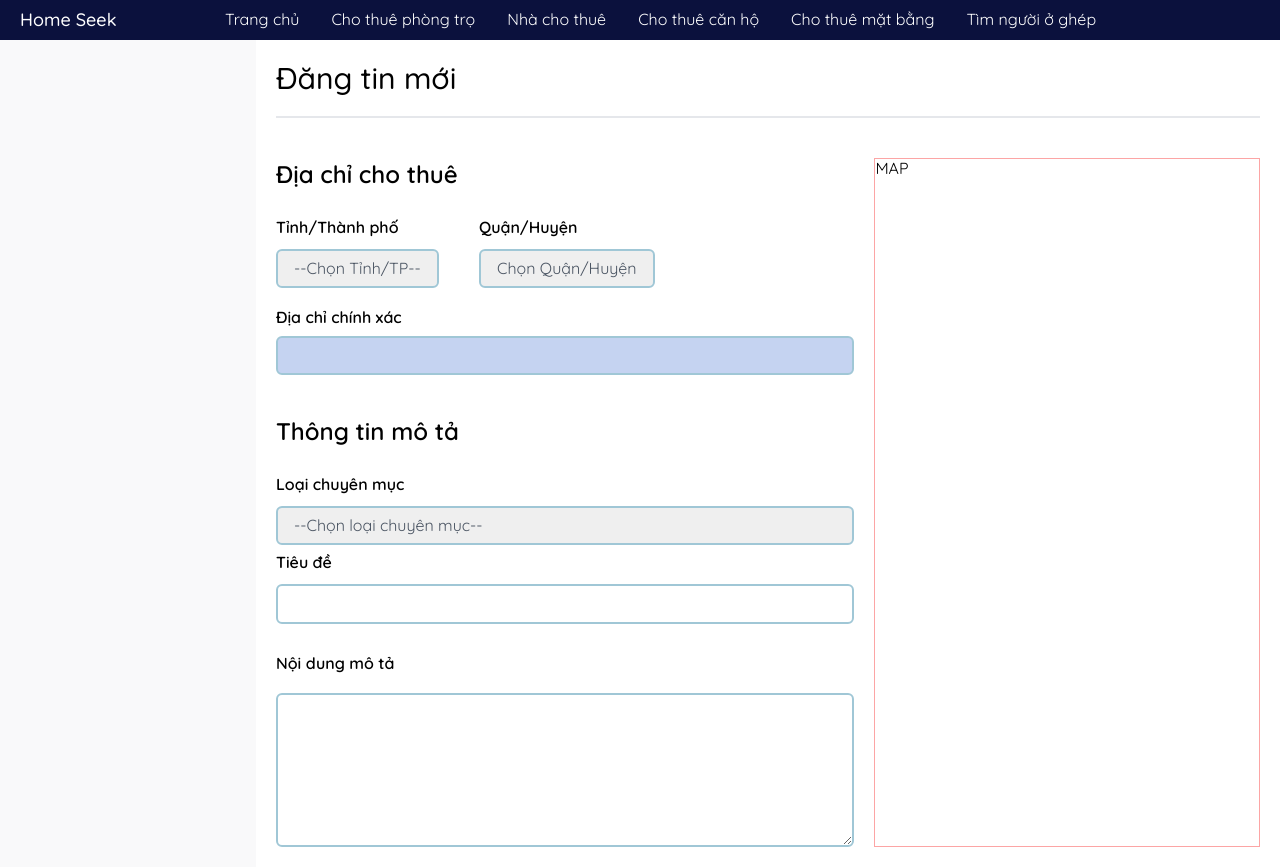
Repository: ajincome26/homeseek
Page: /create (app in client/)
The author's editor kept a copy of each file at every save. The page is drawn from the files as they stood at one save, then again after the next save.
The browser window is 1280 px wide. The pictures show the whole page.
The page's requests for data from a server got no answer. The project was rebuilt for these pictures with package versions that can differ from the ones it lists, and the page was loaded fresh each time. Some packages were replaced by stand-ins written for this rebuild. No one was signed in, and anything a server would have sent is missing. Also part of the build but not shown: client/vite.config.ts, client/src/components/Footer/Footer.tsx, client/src/components/Button/Button.tsx, client/src/components/Button/index.ts, client/src/utils/utils.tsx, client/src/components/MainHeader/components/User.tsx, client/src/components/Popover/Popover.tsx, client/src/components/Popover/index.ts and 16 more.

Above is the page before, as saved 2024-01-10 05:20:44.

### client/index.html
<!doctype html>
<html lang="en">
  <head>
    <meta charset="UTF-8" />
    <link rel="icon" type="image/svg+xml" href="/vite.svg" />
    <meta name="viewport" content="width=device-width, initial-scale=1.0" />
    <title>Home Seek</title>
    <link rel="preconnect" href="https://fonts.googleapis.com" />
    <link rel="preconnect" href="https://fonts.gstatic.com" crossorigin />
    <link
      href="https://fonts.googleapis.com/css2?family=Quicksand:wght@300;400;500;600;700&display=swap"
      rel="stylesheet"
    />
  </head>
  <body>
    <div id="root"></div>
    <script type="module" src="/src/main.tsx"></script>
  </body>
</html>

### client/src/main.tsx
import ReactDOM from 'react-dom/client'
import App from './App'
import './styles/index.scss'
import { BrowserRouter } from 'react-router-dom'
import { QueryClient, QueryClientProvider } from '@tanstack/react-query'
import { ReactQueryDevtools } from '@tanstack/react-query-devtools'
import { AuthProvider } from './contexts/auth.context'
import { ErrorBoundary } from './components/ErrorBoundary'

// Create a client
const queryClient = new QueryClient({
  defaultOptions: {
    queries: {
      refetchOnWindowFocus: false // disable việc fetch lại api khi focus tab window
    }
  }
})

ReactDOM.createRoot(document.getElementById('root')!).render(
  <BrowserRouter>
    <QueryClientProvider client={queryClient}>
      <AuthProvider>
        <ErrorBoundary>
          <App />
        </ErrorBoundary>
      </AuthProvider>
      <ReactQueryDevtools initialIsOpen={false} />
    </QueryClientProvider>
  </BrowserRouter>
)

### client/src/App.tsx
import { useEffect } from 'react'
import { useAuth } from './contexts/auth.context'
import useRoute from './useRoute'
import { LocalStorageEventTarget } from './utils/auth'
import { ToastContainer } from 'react-toastify'
import 'react-toastify/dist/ReactToastify.css'

function App() {
  const routeElements = useRoute()
  const { resetAuth } = useAuth()
  useEffect(() => {
    LocalStorageEventTarget.addEventListener('clearLS', () => {
      resetAuth()
    })
    return () => {
      LocalStorageEventTarget.removeEventListener('clearLS', () => {
        resetAuth()
      })
    }
  }, [resetAuth])
  return (
    <div className='bg-third'>
      <ToastContainer />
      <div>{routeElements}</div>
    </div>
  )
}

export default App

### client/src/styles/index.scss
@tailwind base;
@tailwind components;
@tailwind utilities;

@import 'reset';

body {
  font-family: 'Quicksand', sans-serif;
  font-size: 16px;
  line-height: 1.2;
}

select {
  -webkit-appearance: none;
  -moz-appearance: none;
  appearance: none;
}

::-webkit-scrollbar {
  width: 10px;
}
::-webkit-scrollbar-track {
  background-color: #fafafa;
}
::-webkit-scrollbar-thumb {
  background-color: #ccd0d7;
  border-radius: 50px;
}

/* Chrome, Safari, Edge, Opera */
input::-webkit-outer-spin-button,
input::-webkit-inner-spin-button {
  -webkit-appearance: none;
  margin: 0;
}
/* Firefox */
input[type='number'] {
  appearance: textfield;
}

.cr-truncate-1 {
  overflow: hidden;
  display: -webkit-box;
  -webkit-box-orient: vertical;
  -webkit-line-clamp: 1;
  text-overflow: ellipsis;
  word-break: break-word;
}

// class tailwind-sort
.cr-transition {
  @apply transition-all ease-linear duration-200;
}
.cr-hover-text {
  @apply hover:text-[#977616] transition-colors ease-linear duration-200 cursor-pointer;
}
.cr-input-text {
  @apply px-3 py-2 border-[2px] border-[#a0c7d6] outline-none rounded-md focus:border-[#4b5fc2] cr-transition box-border w-full;
}

### client/src/contexts/auth.context.tsx
import React, { createContext, useContext, useState } from 'react'
import { User } from '~/types/user.type'
import { getAccessToken, getUserInfoFromStorage } from '~/utils/auth'

interface AuthProviderType {
  isLoggedIn: boolean
  setIsLoggedIn: React.Dispatch<React.SetStateAction<boolean>>
  userInfo: User | null
  setUserInfo: React.Dispatch<React.SetStateAction<User | null>>
  resetAuth: () => void
}
const initialContext: AuthProviderType = {
  isLoggedIn: Boolean(getAccessToken()),
  setIsLoggedIn: () => null,
  userInfo: getUserInfoFromStorage(),
  setUserInfo: () => null,
  resetAuth: () => null
}

const AuthContext = createContext<AuthProviderType>(initialContext)
const useAuth = () => {
  const context = useContext(AuthContext)
  if (typeof context === 'undefined') throw new Error('useAuth must be used within a AuthContext')
  return context
}
const AuthProvider = ({ children }: { children: React.ReactNode }) => {
  const [isLoggedIn, setIsLoggedIn] = useState(initialContext.isLoggedIn)
  const [userInfo, setUserInfo] = useState(initialContext.userInfo)
  const resetAuth = () => {
    setIsLoggedIn(false)
    setUserInfo(null)
  }
  return (
    <AuthContext.Provider value={{ isLoggedIn, setIsLoggedIn, userInfo, setUserInfo, resetAuth }}>
      {children}
    </AuthContext.Provider>
  )
}

// eslint-disable-next-line react-refresh/only-export-components
export { useAuth, AuthProvider }

### client/src/components/ErrorBoundary/index.ts
export { default as ErrorBoundary } from './ErrorBoundary'

### client/src/useRoute.tsx
import { useRoutes } from 'react-router-dom'
import { path } from './constants/path'
import { MainLayout } from './layouts/MainLayout'
import ManageLayout from './layouts/ManageLayout/ManageLayout'
import { CreatePost } from './pages/CreatePostPage'
import { HomePage } from './pages/HomePage'
import { LoginPage } from './pages/LoginPage'
import { RegisterPage } from './pages/RegisterPage'

const { HOME, LOGIN, REGISTER, OAUTH, CREATE } = path

const useRoute = () => {
  return useRoutes([
    {
      path: LOGIN,
      element: <LoginPage />
    },
    {
      path: REGISTER,
      element: <RegisterPage />
    },
    {
      path: OAUTH,
      element: <LoginPage />
    },
    {
      path: OAUTH,
      element: <RegisterPage />
    },
    // Authen không ảnh hưởng
    {
      element: <ManageLayout />,
      children: [
        {
          index: true,
          path: CREATE,
          element: <CreatePost />
        }
      ]
    },
    {
      element: <MainLayout />,
      children: [
        {
          index: true,
          path: HOME,
          element: <HomePage />
        }
      ]
    }
  ])
}

export default useRoute

### client/src/utils/auth.ts
import { User } from '~/types/user.type'

export const LocalStorageEventTarget = new EventTarget()

export const getAccessToken = () => localStorage.getItem('accessToken') || ''
export const getRefreshToken = () => localStorage.getItem('refreshToken') || ''
export const setAccessToken = (accessToken: string) => localStorage.setItem('accessToken', accessToken)
export const setRefreshToken = (refreshToken: string) => localStorage.setItem('refreshToken', refreshToken)
export const getUserInfoFromStorage = () => {
  const info = localStorage.getItem('userInfo')
  return info ? JSON.parse(info) : null
}
export const setUserInfoToStorage = (userInfo: User) => localStorage.setItem('userInfo', JSON.stringify(userInfo))

export const clearLocalStorage = () => {
  localStorage.removeItem('accessToken')
  localStorage.removeItem('refreshToken')
  localStorage.removeItem('userInfo')
  const clearLSEvent = new Event('clearLS')
  LocalStorageEventTarget.dispatchEvent(clearLSEvent)
}

### client/src/styles/_reset.scss
*,
*::before,
*::after {
  box-sizing: border-box;
}
* {
  margin: 0;
  padding: 0;
}

html,
body {
  height: 100%;
}
body {
  line-height: 1.5;
  -webkit-font-smoothing: antialiased;
  -webkit-tap-highlight-color: rgba(0, 0, 0, 0);
}
a {
  text-decoration: none;
  color: inherit;
}
img,
picture,
video,
canvas,
svg {
  display: block;
  // max-width: 100%;
}
input,
button,
textarea,
select {
  font: inherit;
  outline: none;
}
option:checked {
  background-color: #0891b2;
  color: white;
  font-style: italic;
}
p,
h1,
h2,
h3,
h4,
h5,
h6 {
  overflow-wrap: break-word;
}

### client/src/constants/path.ts
export const path = {
  HOME: '/',
  LOGIN: '/login',
  OAUTH: '/login/oauth',
  REGISTER: '/register',
  LOGOUT: '/logout',

  ROOM_FOR_RENT: '/room-for-rent',
  HOUSE_FOR_RENT: '/house-for-rent',
  APARTMENT_FOR_RENT: '/apartment-for-rent',
  GROUND_FOR_RENT: '/ground-for-rent',
  FIND_A_ROOMATE: '/find-a-roomate',

  CREATE: '/create',
  MANAGE: '/manage',
  PROFILE: '/user/profile',
  CHANGE_PASSWORD: '/user/change-password',

  CONTACT: '/contact',

  NOT_FOUND: '*'
}

### client/src/layouts/MainLayout/index.ts
export { default as MainLayout } from './MainLayout'

### client/src/layouts/ManageLayout/ManageLayout.tsx
import { Outlet } from 'react-router-dom'
import { Sidebar } from '~/components/Sidebar'
import { SubHeader } from '~/components/SubHeader'

const ManageLayout = () => {
  return (
    <>
      <SubHeader />
      <div className='pt-[40px] flex'>
        <div className='min-h-[calc(100vh-40px)] basis-1/5'>
          <Sidebar />
        </div>
        <div className='bg-white basis-4/5'>
          <Outlet />
        </div>
      </div>
    </>
  )
}

export default ManageLayout

### client/src/pages/CreatePostPage/index.ts
export { default as CreatePost } from './CreatePost'

### client/src/pages/HomePage/index.ts
export { default as HomePage } from './HomePage'

### client/src/pages/LoginPage/index.ts
export { default as LoginPage } from './LoginPage'

### client/src/pages/RegisterPage/index.ts
export { default as RegisterPage } from './RegisterPage'

### client/src/components/Sidebar/index.ts
export { default as Sidebar } from './Sidebar'

### client/src/components/SubHeader/index.ts
export { default as SubHeader } from './SubHeader'

### client/src/pages/CreatePostPage/CreatePost.tsx
import { yupResolver } from '@hookform/resolvers/yup'
import { useForm } from 'react-hook-form'
import { postSchema, PostSchema } from '~/utils/schema'
import Address from './components/Address'
import Overview from './components/Overview'

export type FormPost = PostSchema

const CreatePost = () => {
  const { handleSubmit } = useForm<FormPost>({
    resolver: yupResolver(postSchema)
  })
  const handleCreatePost = (data: FormPost) => {}
  return (
    <div className='p-5 text-black'>
      <h2 className='w-full pb-5 text-3xl font-medium border-b-2'>Đăng tin mới</h2>
      <div className='flex gap-5 mt-10'>
        <form onSubmit={handleSubmit(handleCreatePost)} className='flex flex-col gap-10 basis-[60%]'>
          <Address />
          <Overview />
        </form>
        <div className='border border-red-300 map basis-[40%]'>MAP</div>
      </div>
    </div>
  )
}

export default CreatePost

### client/src/components/SubHeader/SubHeader.tsx
import { Link } from 'react-router-dom'
import { SubNavigation } from '../SubNavigation'

const SubHeader = () => {
  return (
    <div className='fixed w-full h-[40px] bg-primary text-white flex items-center gap-12 px-5'>
      <Link to={'/'} className='text-lg font-medium cursor-pointer hover:text-sixth cr-transition'>
        Home Seek
      </Link>
      <div className='w-[80%]'>
        <SubNavigation />
      </div>
    </div>
  )
}

export default SubHeader

### client/src/components/Field/index.ts
export { default as Field } from './Field'

### client/src/components/Input/index.ts
export { default as Input } from './Input'
export { default as InputPassword } from './InputPassword'
export { default as InputSearch } from './InputSearch'
export { default as InputNumber } from './InputNumber'
export { default as InputFile } from './InputFile'
export { default as InputReadOnly } from './InputReadOnly'

### client/src/components/Label/index.ts
export { default as Label } from './Label'

### client/src/utils/icons.ts
import { BiSolidShoppingBags, BiLogoFacebookCircle, BiPlus } from 'react-icons/bi'
import {
  AiFillInstagram,
  AiFillTwitterCircle,
  AiOutlineEye,
  AiOutlineEyeInvisible,
  AiOutlineShoppingCart,
  AiFillStar,
  AiOutlineStar,
  AiFillCaretRight,
  AiOutlineQuestionCircle,
  AiFillHeart,
  AiOutlineHeart,
  AiOutlinePlusCircle
} from 'react-icons/ai'
import { TbWorld, TbUserCircle, TbBrandMessenger } from 'react-icons/tb'
import { PiCaretDownBold, PiCaretUpBold, PiCaretLeftBold, PiCaretRightBold } from 'react-icons/pi'
import { HiOutlineSearch, HiOutlineLogout } from 'react-icons/hi'
import { BsListUl, BsThreeDots, BsShieldLock, BsPencilSquare } from 'react-icons/bs'
import { LiaFilterSolid } from 'react-icons/lia'
import { RiSubtractLine, RiTodoLine } from 'react-icons/ri'
import { FaCartPlus } from 'react-icons/fa'
import { CiEdit } from 'react-icons/ci'
import { FaRegUser, FaUserEdit } from 'react-icons/fa'
import { SiSensu } from 'react-icons/si'
import { FcGoogle } from 'react-icons/fc'
import { MdOutlineDashboard, MdOutlineLibraryBooks } from 'react-icons/md'

export default {
  AiFillInstagram,
  AiFillTwitterCircle,
  AiOutlineEye,
  AiOutlineEyeInvisible,
  AiOutlineShoppingCart,
  AiFillStar,
  AiOutlineStar,
  AiFillCaretRight,
  AiOutlineQuestionCircle,
  AiFillHeart,
  AiOutlineHeart,
  AiOutlinePlusCircle,
  BiSolidShoppingBags,
  BiLogoFacebookCircle,
  PiCaretDownBold,
  PiCaretUpBold,
  PiCaretLeftBold,
  PiCaretRightBold,
  TbWorld,
  TbUserCircle,
  TbBrandMessenger,
  HiOutlineSearch,
  HiOutlineLogout,
  BsListUl,
  BsThreeDots,
  BsShieldLock,
  BsPencilSquare,
  LiaFilterSolid,
  BiPlus,
  RiSubtractLine,
  RiTodoLine,
  FaCartPlus,
  FaUserEdit,
  CiEdit,
  FaRegUser,
  SiSensu,
  FcGoogle,
  MdOutlineDashboard,
  MdOutlineLibraryBooks
}

### client/src/constants/data.tsx
import { path } from './path'
import icons from '~/utils/icons'
import { CategoryType } from '~/types/category.type'

const { BsPencilSquare, MdOutlineLibraryBooks, TbUserCircle, FaUserEdit, TbBrandMessenger } = icons

const {
  ROOM_FOR_RENT,
  HOUSE_FOR_RENT,
  APARTMENT_FOR_RENT,
  GROUND_FOR_RENT,
  FIND_A_ROOMATE,
  CREATE,
  MANAGE,
  PROFILE,
  CONTACT
} = path

export const categories = [
  { id: 1, name: 'Cho thuê phòng trọ', path: ROOM_FOR_RENT },
  { id: 2, name: 'Nhà cho thuê', path: HOUSE_FOR_RENT },
  { id: 3, name: 'Cho thuê căn hộ', path: APARTMENT_FOR_RENT },
  { id: 4, name: 'Cho thuê mặt bằng', path: GROUND_FOR_RENT },
  { id: 5, name: 'Tìm người ở ghép', path: FIND_A_ROOMATE }
] as CategoryType[]

export const dataManage = [
  {
    id: 1,
    text: 'Đăng tin cho thuê',
    path: CREATE,
    icon: <BsPencilSquare />
  },
  {
    id: 2,
    text: 'Quản lý tin đăng',
    path: MANAGE,
    icon: <MdOutlineLibraryBooks />
  },
  {
    id: 3,
    text: 'Thông tin tài khoản',
    path: PROFILE,
    icon: <TbUserCircle />
  }
]

export const dataSidebar = [
  {
    id: 1,
    text: 'Đăng tin cho thuê',
    path: CREATE,
    icon: <BsPencilSquare />
  },
  {
    id: 2,
    text: 'Quản lý tin đăng',
    path: MANAGE,
    icon: <MdOutlineLibraryBooks />
  },
  {
    id: 3,
    text: 'Sửa thông tin cá nhân',
    path: PROFILE,
    icon: <FaUserEdit />
  },
  {
    id: 4,
    text: 'Liên hệ',
    path: CONTACT,
    icon: <TbBrandMessenger />
  }
]

### client/src/components/SubNavigation/index.ts
export { default as SubNavigation } from './SubNavigation'

### client/src/apis/province.api.ts
import { Province } from '~/types/province.type'
import { apiGetPublicProvinces } from '~/utils/utils'

const provinceApi = {
  getProvinces: () => apiGetPublicProvinces.get<Province[]>('/')
}

export default provinceApi

### client/src/components/Select/index.ts
export { default as Select } from './Select'

### client/src/components/Field/Field.tsx
interface Props {
  children: JSX.Element | JSX.Element[]
}

const Field = ({ children }: Props) => {
  return <div className='flex flex-col items-start'>{children}</div>
}

export default Field

### client/src/components/Input/Input.tsx
import { InputHTMLAttributes } from 'react'
import type { FieldValues, FieldPath, UseFormRegister } from 'react-hook-form'

export interface InputProps<TFieldValues extends FieldValues> extends InputHTMLAttributes<HTMLInputElement> {
  name: FieldPath<TFieldValues>
  errorMessage?: string
  register: UseFormRegister<TFieldValues>
}

const Input = <TFieldValues extends FieldValues = FieldValues>({
  className,
  type,
  name,
  children,
  errorMessage,
  register,
  ...props
}: InputProps<TFieldValues>) => {
  return (
    <div className='relative w-full'>
      <input
        id={name}
        type={type || 'text'}
        {...register(name)}
        {...props}
        className={`mb-[6px] border rounded-lg py-3 bg-grayField hover:border-primary focus:border-primary transition w-full focus:bg-white ${
          children ? 'pl-4 pr-10' : 'px-4'
        } ${className}`}
        autoComplete='on'
      />
      <span className='absolute top-1/2 right-3 translate-y-[-110%] cursor-pointer text-grayDark'>{children}</span>
      <div className='text-sm text-red-500 min-h-[1rem] leading-4'>{errorMessage}</div>
    </div>
  )
}

export default Input

### client/src/components/Input/InputReadOnly.tsx
import { InputHTMLAttributes } from 'react'

export interface InputProps extends InputHTMLAttributes<HTMLInputElement> {
  title: string
  data: string
}

const InputReadOnly = ({ title, data }: InputProps) => {
  return (
    <div className='w-full'>
      <label className='font-semibold' htmlFor={title}>
        {title}
      </label>
      <input type='text' id={title} value={data || ''} className='mt-2 cr-input-text bg-[#c5d3f1]' readOnly />
    </div>
  )
}

export default InputReadOnly

### client/src/components/Label/Label.tsx
interface Props {
  htmlFor: string
  children: string
  textColor?: string
}

const Label = ({ htmlFor, children, textColor }: Props) => {
  return (
    <label className={`${textColor || 'text-white'} mt-2 mb-3 font-semibold cursor-pointer`} htmlFor={htmlFor}>
      {children}
    </label>
  )
}

export default Label

### client/src/components/SubNavigation/SubNavigation.tsx
import { NavLink } from 'react-router-dom'
import { categories } from '~/constants/data'

const notActive = 'hover:bg-secondary px-4 h-full flex items-center bg-primary transition-all ease-linear duration-300'
const active = 'hover:bg-secondary px-4 h-full flex items-center bg-secondary'
const SubNavigation = () => {
  return (
    <div className='w-full h-[40px] flex justify-center items-center'>
      <div className='flex items-center h-full'>
        <NavLink to={'/'} className={({ isActive }) => (isActive ? active : notActive)}>
          Trang chủ
        </NavLink>
        {categories?.length > 0 &&
          categories.map((item, index) => {
            return (
              <div key={index} className='h-full'>
                <NavLink to={item.path} className={({ isActive }) => (isActive ? active : notActive)}>
                  {item.name}
                </NavLink>
              </div>
            )
          })}
      </div>
    </div>
  )
}

export default SubNavigation

Loaded but not shown: client/tailwind.config.js (37 lines, source omitted); client/src/utils/schema.ts (64 lines, source omitted); client/src/pages/CreatePostPage/components/Address.tsx (77 lines, source omitted); client/src/pages/CreatePostPage/components/Overview.tsx (66 lines, source omitted); client/src/components/Select/Select.tsx (49 lines, source omitted)

After the next save:
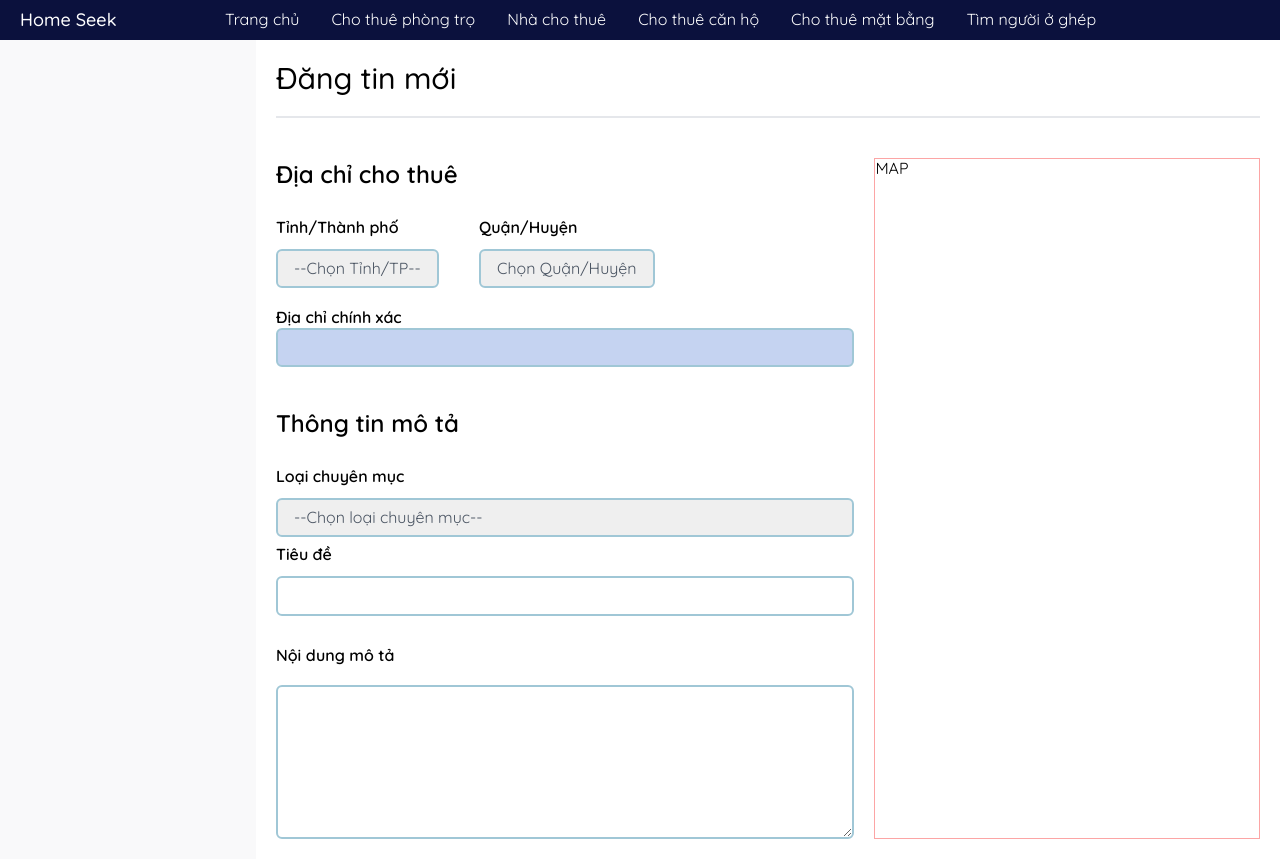
Saved 59 s later.
--- a/client/src/components/Input/InputReadOnly.tsx
+++ b/client/src/components/Input/InputReadOnly.tsx
@@ -11,7 +11,7 @@
       <label className='font-semibold' htmlFor={title}>
         {title}
       </label>
-      <input type='text' id={title} value={data || ''} className='mt-2 cr-input-text bg-[#c5d3f1]' readOnly />
+      <input type='text' id={title} value={data || ''} className='cr-input-text bg-[#c5d3f1]' readOnly />
     </div>
   )
 }

After the save that followed:
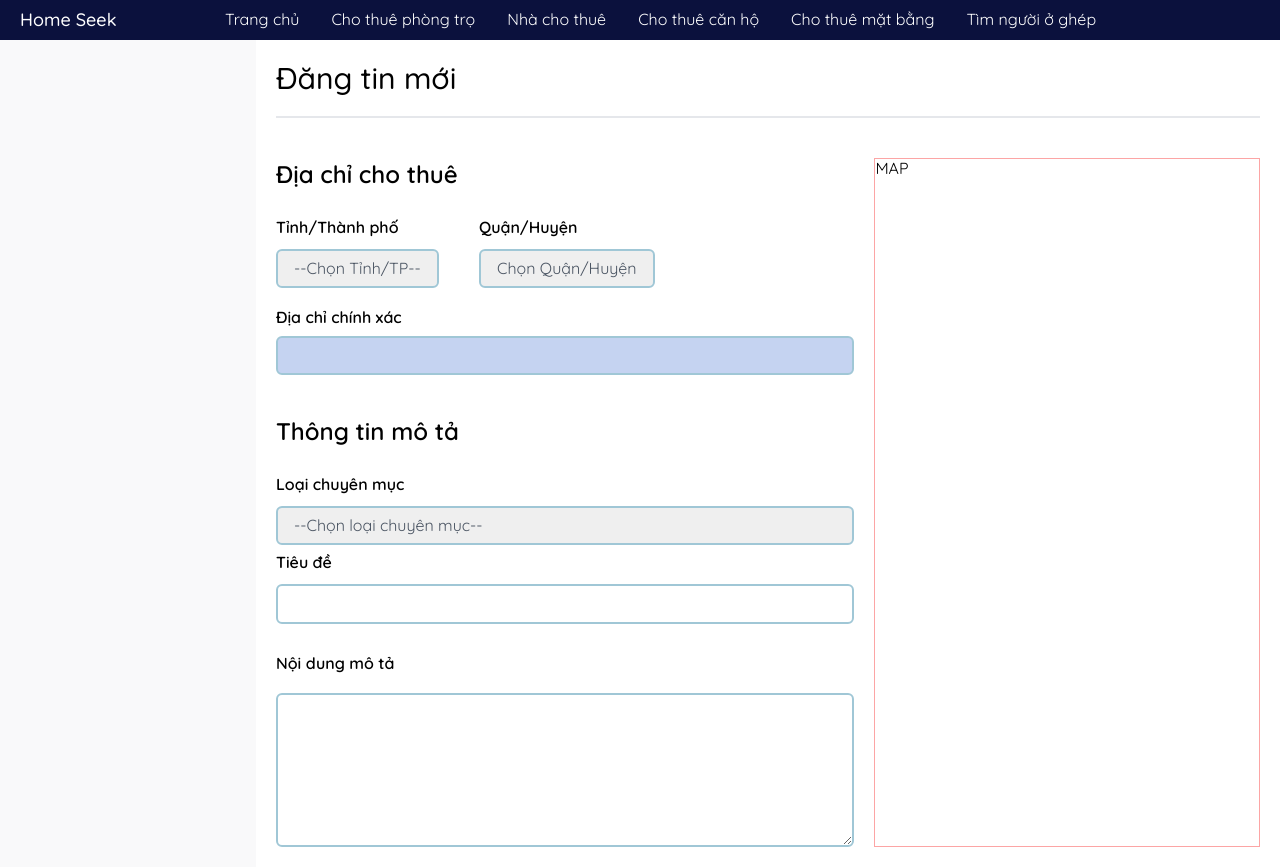
Saved 6 s later.
--- a/client/src/components/Input/InputReadOnly.tsx
+++ b/client/src/components/Input/InputReadOnly.tsx
@@ -11,7 +11,7 @@
       <label className='font-semibold' htmlFor={title}>
         {title}
       </label>
-      <input type='text' id={title} value={data || ''} className='cr-input-text bg-[#c5d3f1]' readOnly />
+      <input type='text' id={title} value={data || ''} className='mt-2 cr-input-text bg-[#c5d3f1]' readOnly />
     </div>
   )
 }
